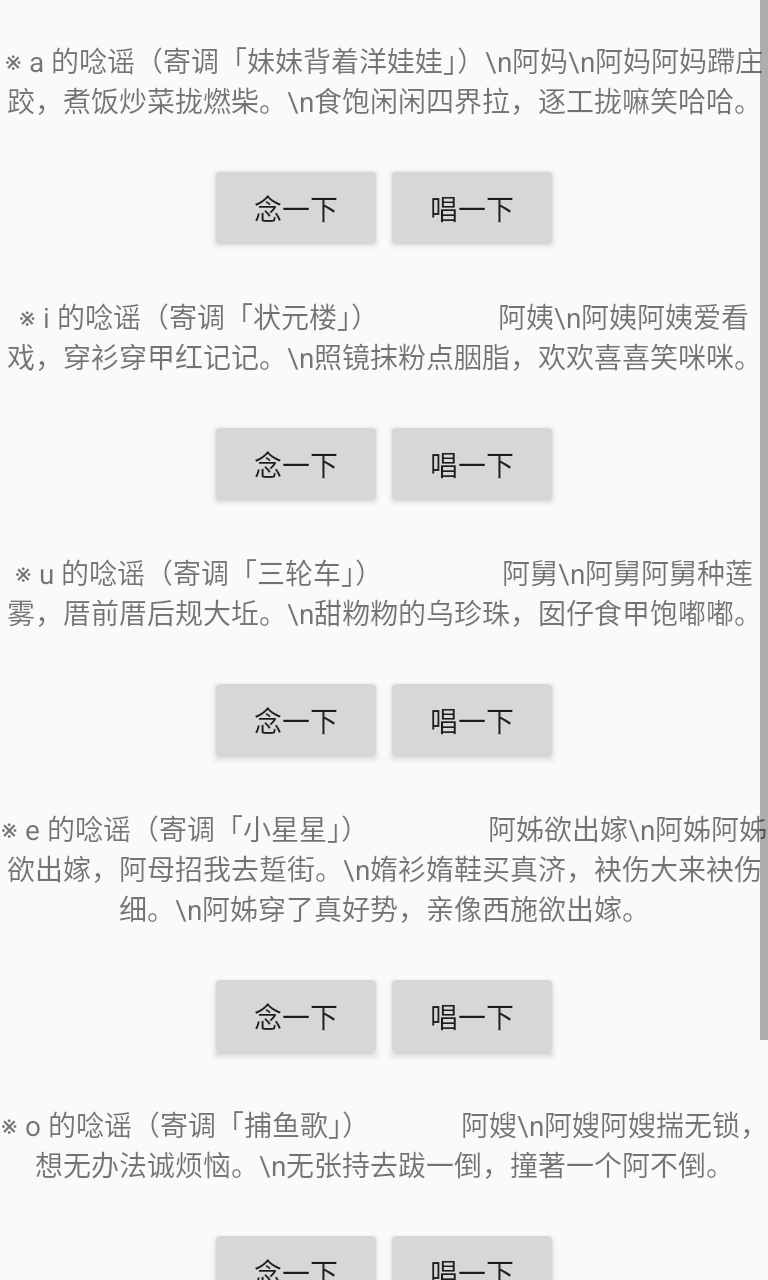
Repository: DIRONY/MinXue
Layout: MinXue/res/layout/fragment_nianyao.xml
These files come from the project's save history. The layout is drawn as it stood at one moment and after the next save; the edit follows.
It is drawn on a 768 x 1280 px phone screen (xhdpi) without system bars, with theme AppTheme; the app's code is not run.

Above is the layout before, as saved 2014-12-03 06:50:17.

After the next save:
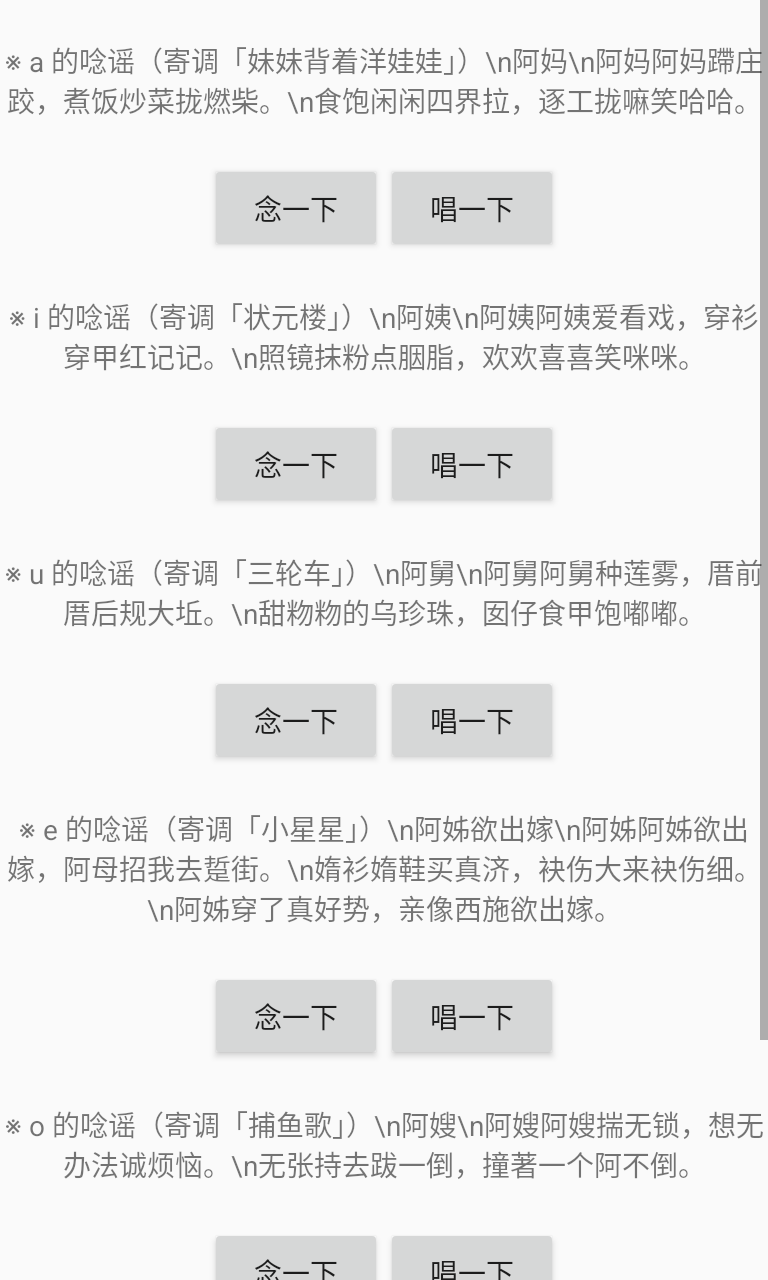
Saved 2 min 22 s later.
--- a/MinXue/res/layout/fragment_nianyao.xml
+++ b/MinXue/res/layout/fragment_nianyao.xml
@@ -44,8 +44,7 @@
             android:layout_gravity="fill_vertical"
             android:layout_marginTop="20dp"
             android:gravity="center"
-            android:text="※ i 的唸谣（寄调「状元楼」）
-                阿姨\n阿姨阿姨爱看戏，穿衫穿甲红记记。\n照镜抹粉点胭脂，欢欢喜喜笑咪咪。" />
+            android:text="※ i 的唸谣（寄调「状元楼」）\n阿姨\n阿姨阿姨爱看戏，穿衫穿甲红记记。\n照镜抹粉点胭脂，欢欢喜喜笑咪咪。" />
 
         <LinearLayout
             android:layout_width="wrap_content"
@@ -75,8 +74,7 @@
             android:layout_gravity="fill_vertical"
             android:layout_marginTop="20dp"
             android:gravity="center"
-            android:text="※ u 的唸谣（寄调「三轮车」）
-                阿舅\n阿舅阿舅种莲雾，厝前厝后规大坵。\n甜粅粅的乌珍珠，囡仔食甲饱嘟嘟。" />
+            android:text="※ u 的唸谣（寄调「三轮车」）\n阿舅\n阿舅阿舅种莲雾，厝前厝后规大坵。\n甜粅粅的乌珍珠，囡仔食甲饱嘟嘟。" />
          <LinearLayout
             android:layout_width="wrap_content"
             android:layout_height="wrap_content"
@@ -104,8 +102,7 @@
             android:layout_gravity="fill_vertical"
             android:layout_marginTop="20dp"
             android:gravity="center"
-            android:text="※ e 的唸谣（寄调「小星星」）
-                阿姊欲出嫁\n阿姊阿姊欲出嫁，阿母招我去踅街。\n媠衫媠鞋买真济，袂伤大来袂伤细。\n阿姊穿了真好势，亲像西施欲出嫁。" />
+            android:text="※ e 的唸谣（寄调「小星星」）\n阿姊欲出嫁\n阿姊阿姊欲出嫁，阿母招我去踅街。\n媠衫媠鞋买真济，袂伤大来袂伤细。\n阿姊穿了真好势，亲像西施欲出嫁。" />
           <LinearLayout
             android:layout_width="wrap_content"
             android:layout_height="wrap_content"
@@ -133,8 +130,7 @@
             android:layout_gravity="fill_vertical"
             android:layout_marginTop="20dp"
             android:gravity="center"
-            android:text="※ o 的唸谣（寄调「捕鱼歌」）
-            阿嫂\n阿嫂阿嫂揣无锁，想无办法诚烦恼。\n无张持去跋一倒，撞著一个阿不倒。" />
+            android:text="※ o 的唸谣（寄调「捕鱼歌」）\n阿嫂\n阿嫂阿嫂揣无锁，想无办法诚烦恼。\n无张持去跋一倒，撞著一个阿不倒。" />
            <LinearLayout
             android:layout_width="wrap_content"
             android:layout_height="wrap_content"
@@ -162,8 +158,7 @@
             android:layout_gravity="fill_vertical"
             android:layout_marginTop="20dp"
             android:gravity="center"
-            android:text="※ oo 的唸谣（寄调「小甜甜」）
-            阿祖\n阿祖阿祖起烘炉，鰇鱼烘甲酥稣稣。\n芳味冲甲规条路，孙仔食甲揽腹肚。" />
+            android:text="※ oo 的唸谣（寄调「小甜甜」）\n阿祖\n阿祖阿祖起烘炉，鰇鱼烘甲酥稣稣。\n芳味冲甲规条路，孙仔食甲揽腹肚。" />
             <LinearLayout
             android:layout_width="wrap_content"
             android:layout_height="wrap_content"
